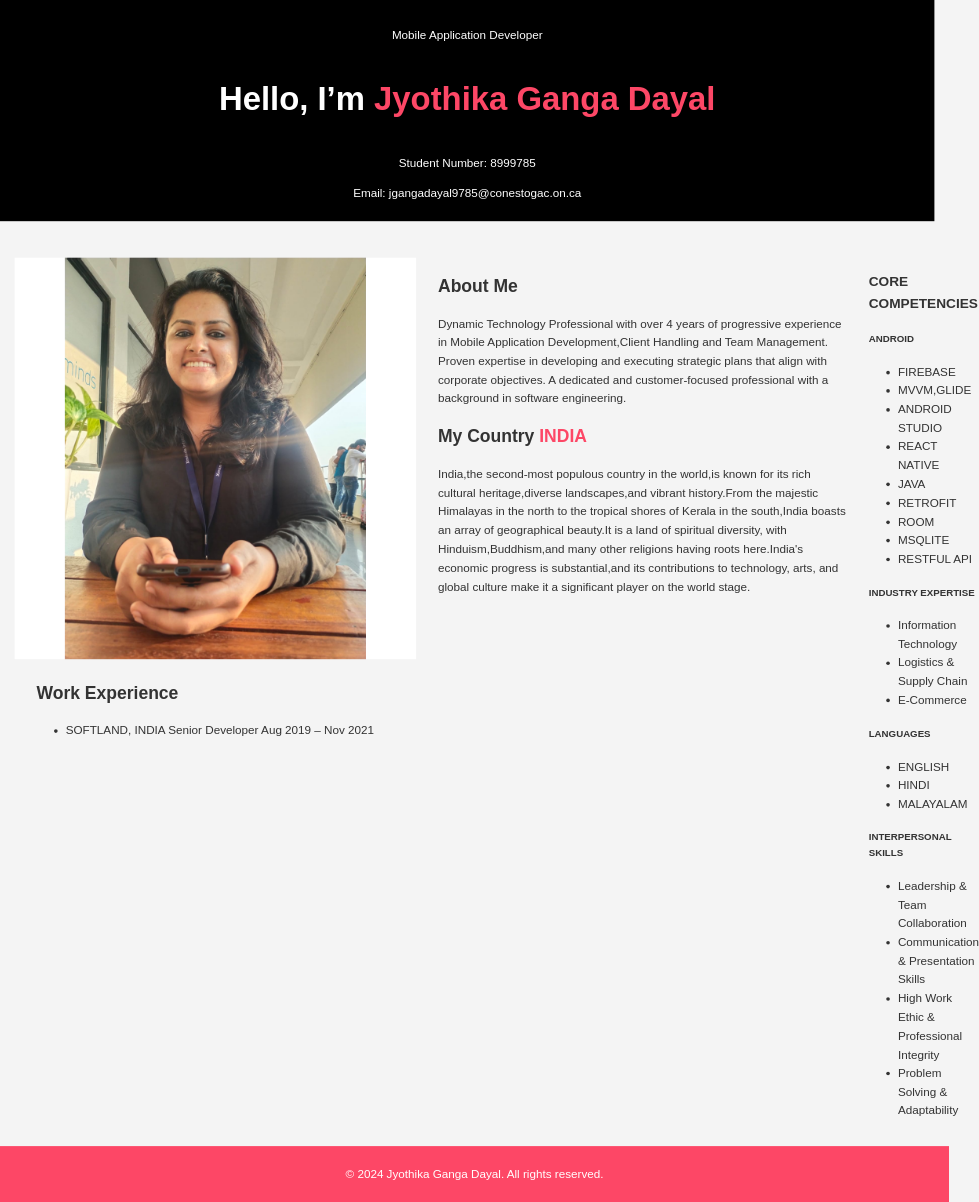
Repository: jyothika123/portfolio
Page: index.html
These files come from the project's save history. The page is drawn as it stood at one moment and after the next save; the edit follows.
The browser window is 1280 px wide. The page is 1341 px wide, so the pictures cover 1341 px, including what lies to the right of the window. The pictures show the whole page, at 73% of full size.
Pictures or frames that could not be fetched are drawn as grey boxes. Some web fonts or font styles are not loaded; a fallback is used.

Above is the page before, as saved 2024-09-22 20:03:59.

After the next save:
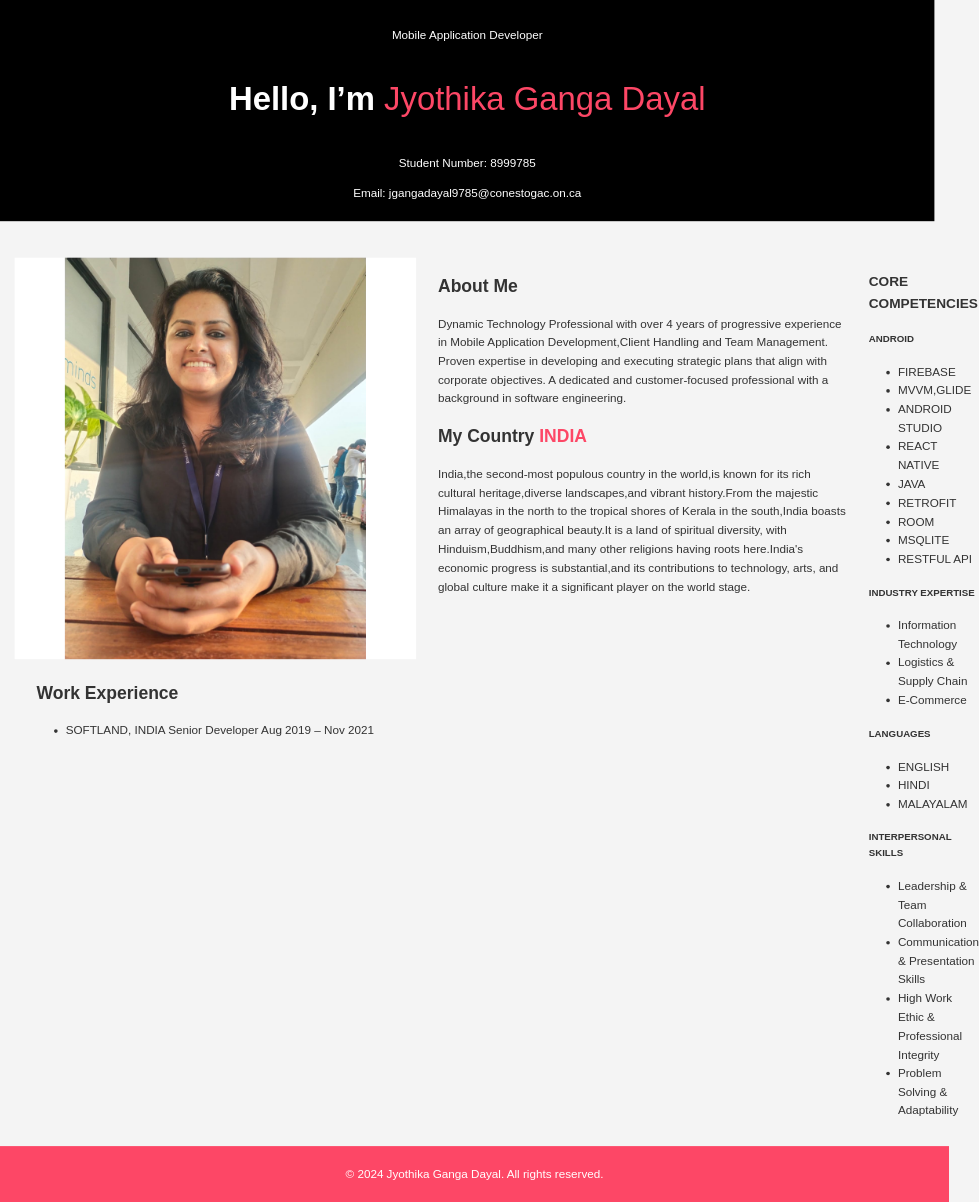
Saved 2 min 1 s later.
--- a/index.html
+++ b/index.html
@@ -14,7 +14,7 @@
         <div class="content">
             <br>
             <span class="title">Mobile Application Developer</span>
-            <h1>Hello, I’m <span>Jyothika Ganga Dayal</span></h1>
+            <h1>Hello, I’m <span class="anton-sc-regular">Jyothika Ganga Dayal</span></h1>
             <p>Student Number: 8999785</p>
             <p>Email: jgangadayal9785@conestogac.on.ca</p>
         </div>
